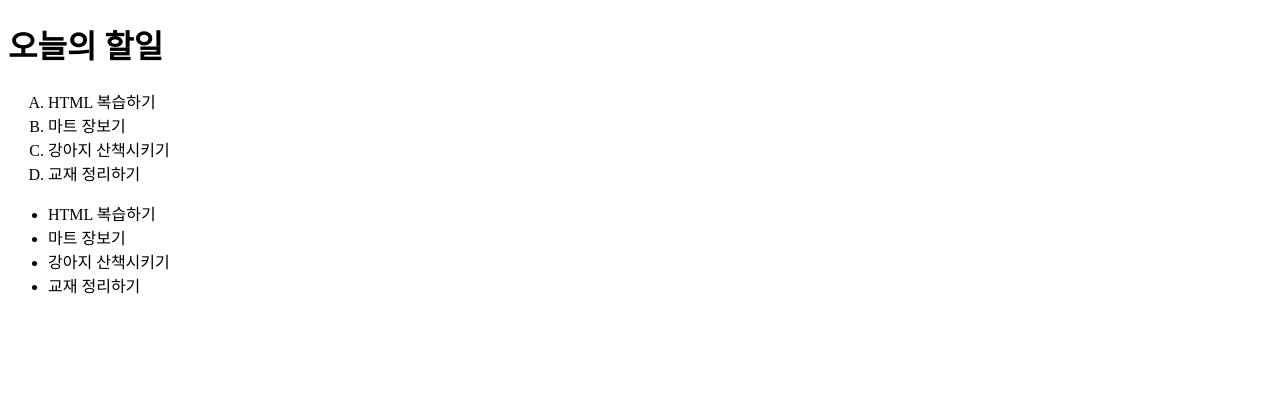
Repository: ssj5037/Class-Study
Page: [5] HTML, CSS, JavaScript/ClientTest/WebContent/Ex10_list.html
These files come from the project's save history. The page is drawn as it stood at one moment and after the next save; the edit follows.
The browser window is 1280 px wide. The pictures show the whole page.

Above is the page before, as saved 2020-06-19 01:23:44.

### [5] HTML, CSS, JavaScript/ClientTest/WebContent/Ex10_list.html
<!DOCTYPE html>
<html>
<head>
<meta charset="UTF-8">
<title>Insert title here</title>
</head>
<body>
	<!--

		Ex10_list.html

		List, 목록

		1. <ol>
			- 순서가 있는 목록
			- Ordered List

		2. <ul>
			- 순서가 없는 목록
			- Unordered List

		3. <li>
			- 목록의 항목
			- List Item

	 -->

	 <h1>오늘의 할일</h1>

	 <ol type="A">
	 	<li>HTML 복습하기</li>
	 	<li>마트 장보기</li>
	 	<li>강아지 산책시키기</li>
	 	<li>교재 정리하기</li>
	 </ol>

	 <ul>
	 	<li>HTML 복습하기</li>
	 	<li>마트 장보기</li>
	 	<li>강아지 산책시키기</li>
	 	<li>교재 정리하기</li>
	 </ul>

</body>
</html>

After the next save:
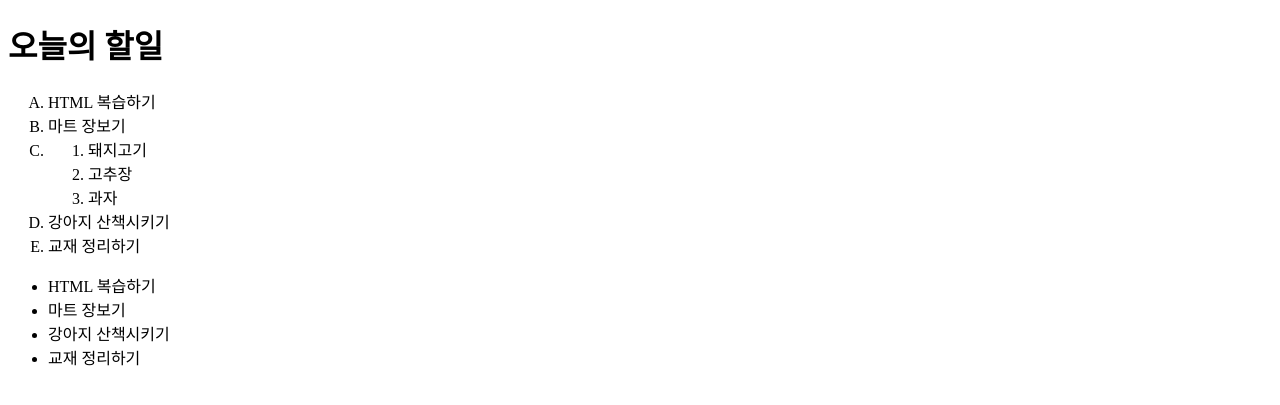
Saved 64 s later.
--- a/[5] HTML, CSS, JavaScript/ClientTest/WebContent/Ex10_list.html
+++ b/[5] HTML, CSS, JavaScript/ClientTest/WebContent/Ex10_list.html
@@ -30,6 +30,13 @@
 	 <ol type="A">
 	 	<li>HTML 복습하기</li>
 	 	<li>마트 장보기</li>
+	 	<li>
+	 		<ol>
+	 			<li>돼지고기</li>
+	 			<li>고추장</li>
+	 			<li>과자</li>
+	 		</ol>
+	 	</li>
 	 	<li>강아지 산책시키기</li>
 	 	<li>교재 정리하기</li>
 	 </ol>
